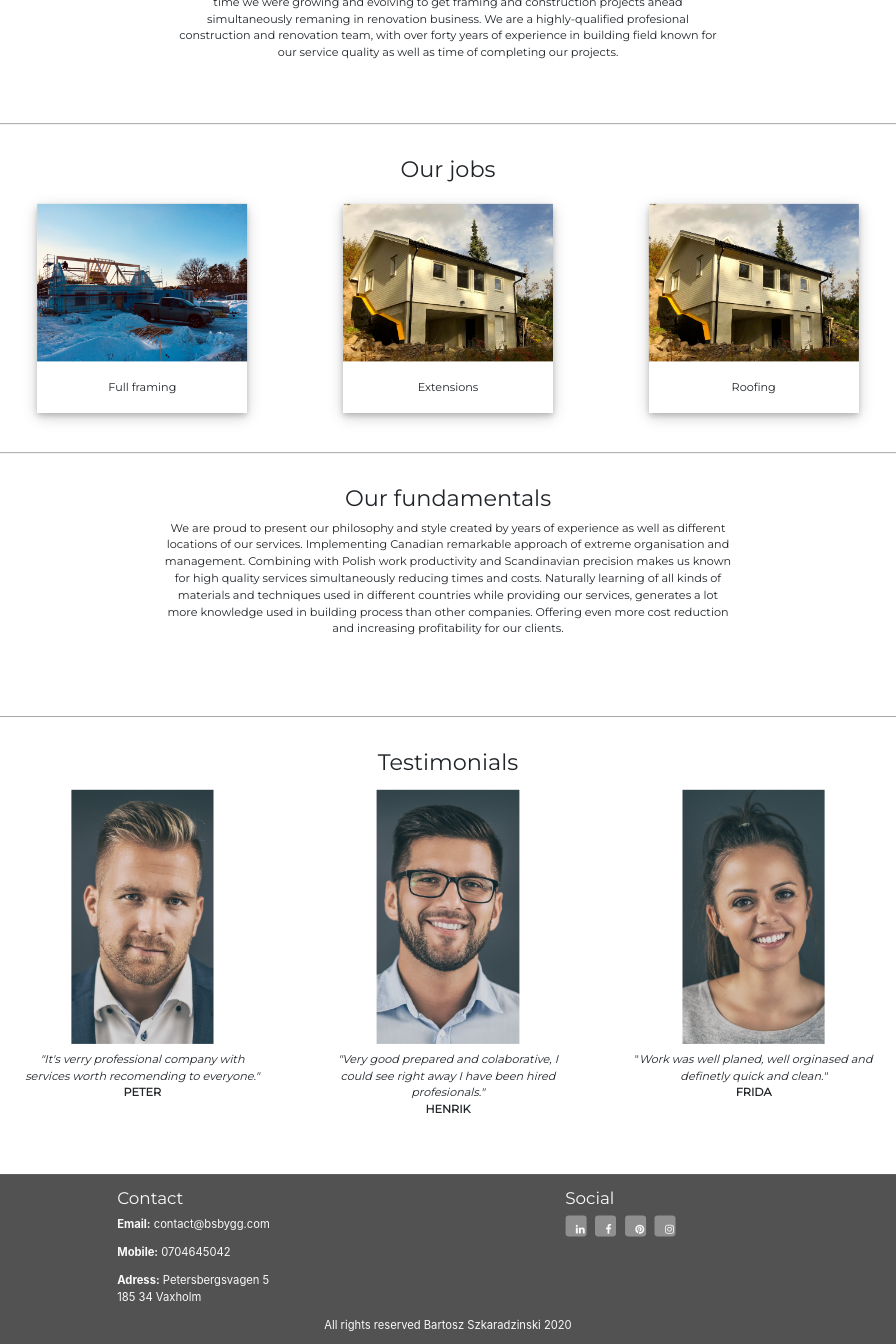
Repository: Bartie1982/milestone-project-1
Page: index.html
The author's editor kept a record of every edit. The page is drawn from the files as they stood at one moment, then again after the next edit.
The browser window is 1280 px wide. The pictures show the part of the page from y = 1016 to 2936 px (the page is 2936 px tall), at 70% of full size.

Above is the page before.

After the next edit:
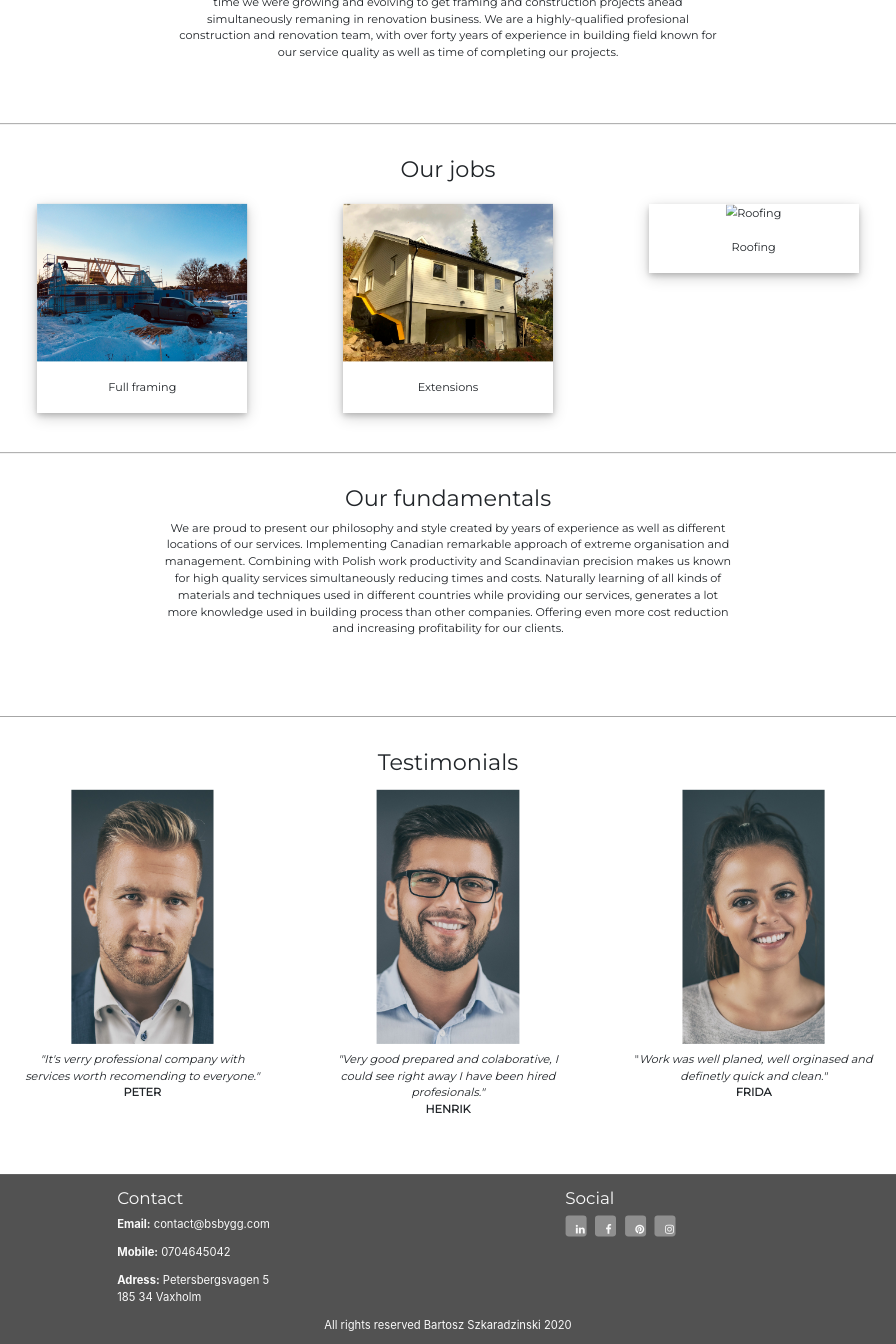
Not found: assets/images/tak-arbetet-edited.jpg
The edit:
--- a/index.html
+++ b/index.html
@@ -103,7 +103,7 @@
                         </div>
                         <div class="col-sm-12 col-md-12 col-lg-4">
                             <div class="polaroid">
-                        <img src="./assets/images/akersberga-ed.jpg" alt="Roofing" style="width:100%">
+                        <img src="./assets/images/tak-arbetet-edited.jpg" alt="Roofing" style="width:100%">
                              <div class="container p">
                              <p>Roofing</p>
                          </div>

After the edit that followed:
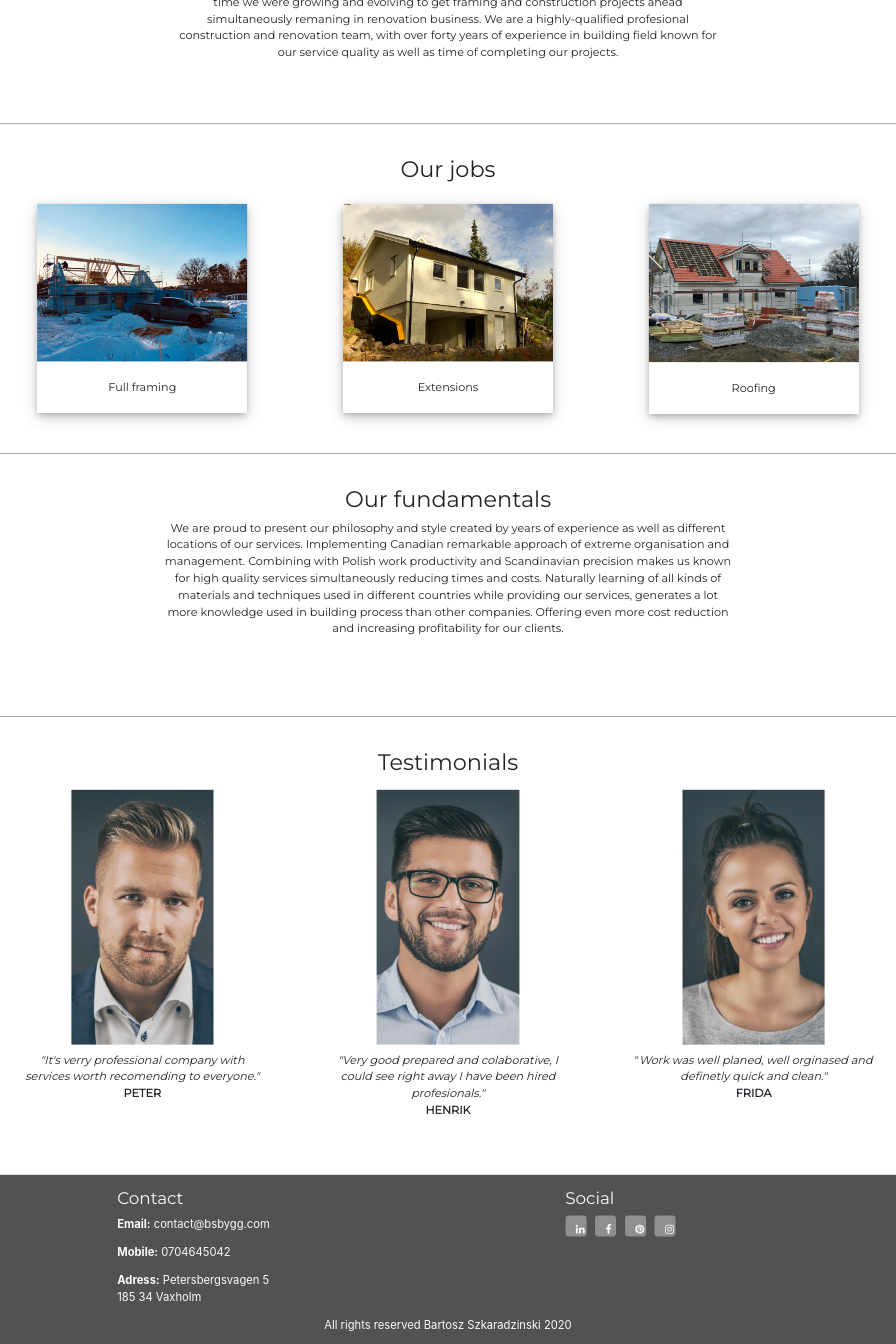
The edit:
--- a/index.html
+++ b/index.html
@@ -103,7 +103,7 @@
                         </div>
                         <div class="col-sm-12 col-md-12 col-lg-4">
                             <div class="polaroid">
-                        <img src="./assets/images/tak-arbetet-edited.jpg" alt="Roofing" style="width:100%">
+                        <img src="./assets/images/tak-arbetet-ed.jpg" alt="Roofing" style="width:100%">
                              <div class="container p">
                              <p>Roofing</p>
                          </div>
